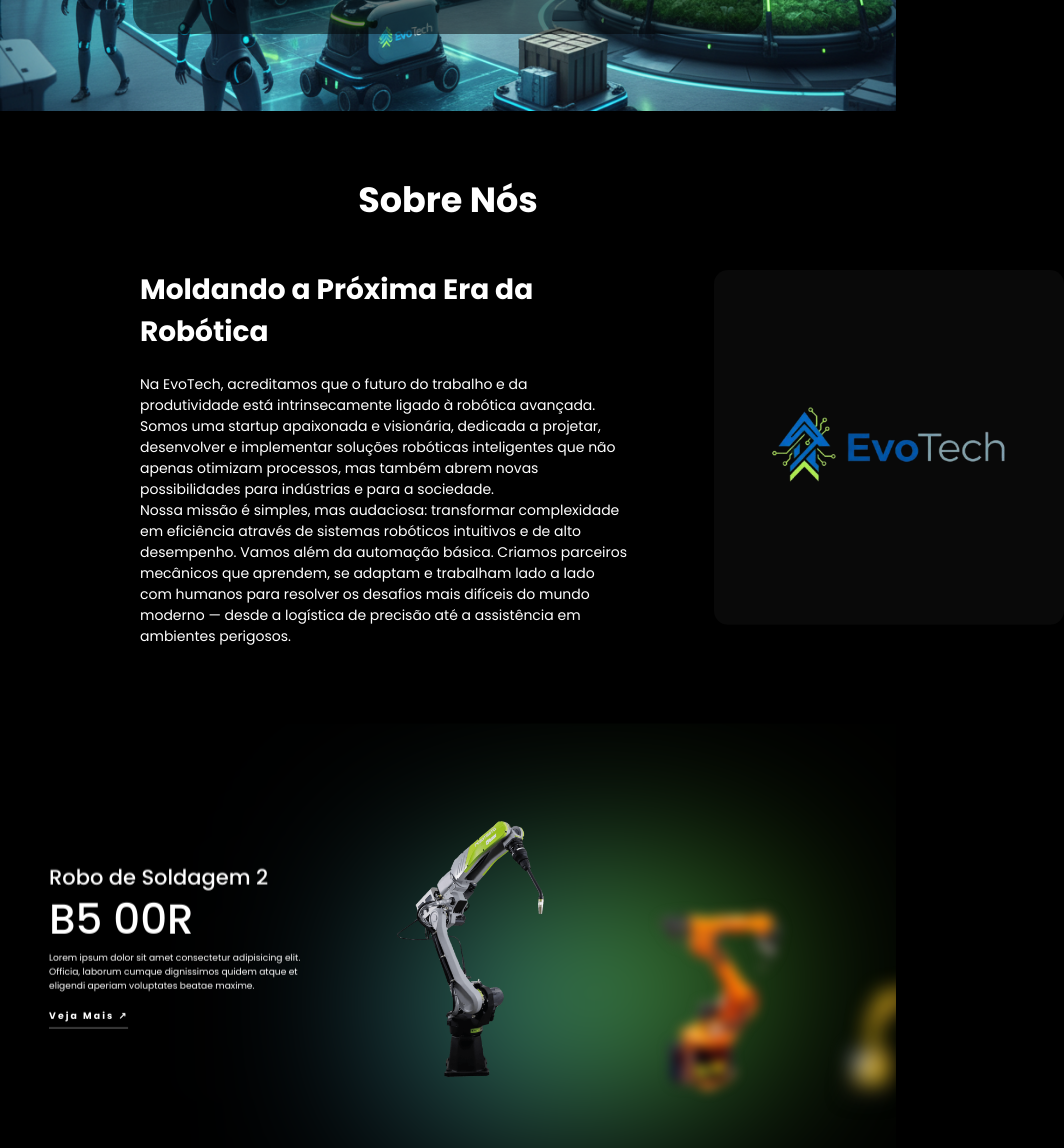
Repository: IsaacDEV10/EvoTech
Page: /
An editor plug-in stored every save of this project. The page is shown before and after the next save, followed by the edit.
The browser window is 1280 px wide. The page is 1520 px wide, so the pictures cover 1520 px, including what lies to the right of the window. The pictures show the part of the page from y = 562 to 2202 px (the page is 2678 px tall before and 2638 px after), at 70% of full size.
The project was rebuilt for these pictures with package versions that can differ from the ones it lists, and the page was loaded fresh each time. Also part of the build but not shown: vite.config.js, src/App.css.

Above is the page before, as saved 2025-10-28 09:47:02.

After the next save:
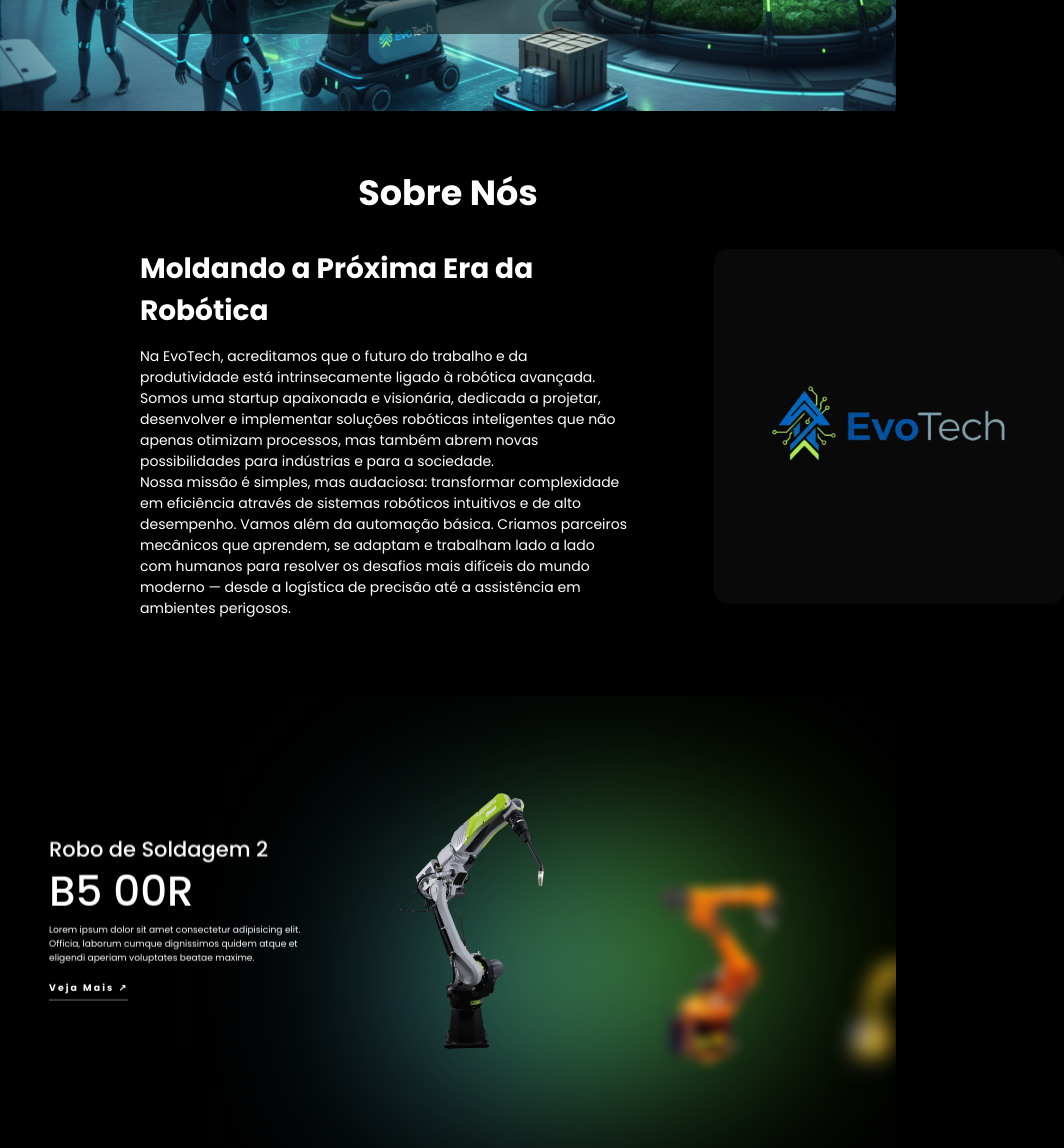
Saved 6 s later.
--- a/src/components/About/about.css
+++ b/src/components/About/about.css
@@ -7,7 +7,7 @@
     display: flex;
     justify-content: center;
     font-size: 50px;
-    margin: 30px 0;
+    margin: 20px 0;
 }
 
 .about-content {
